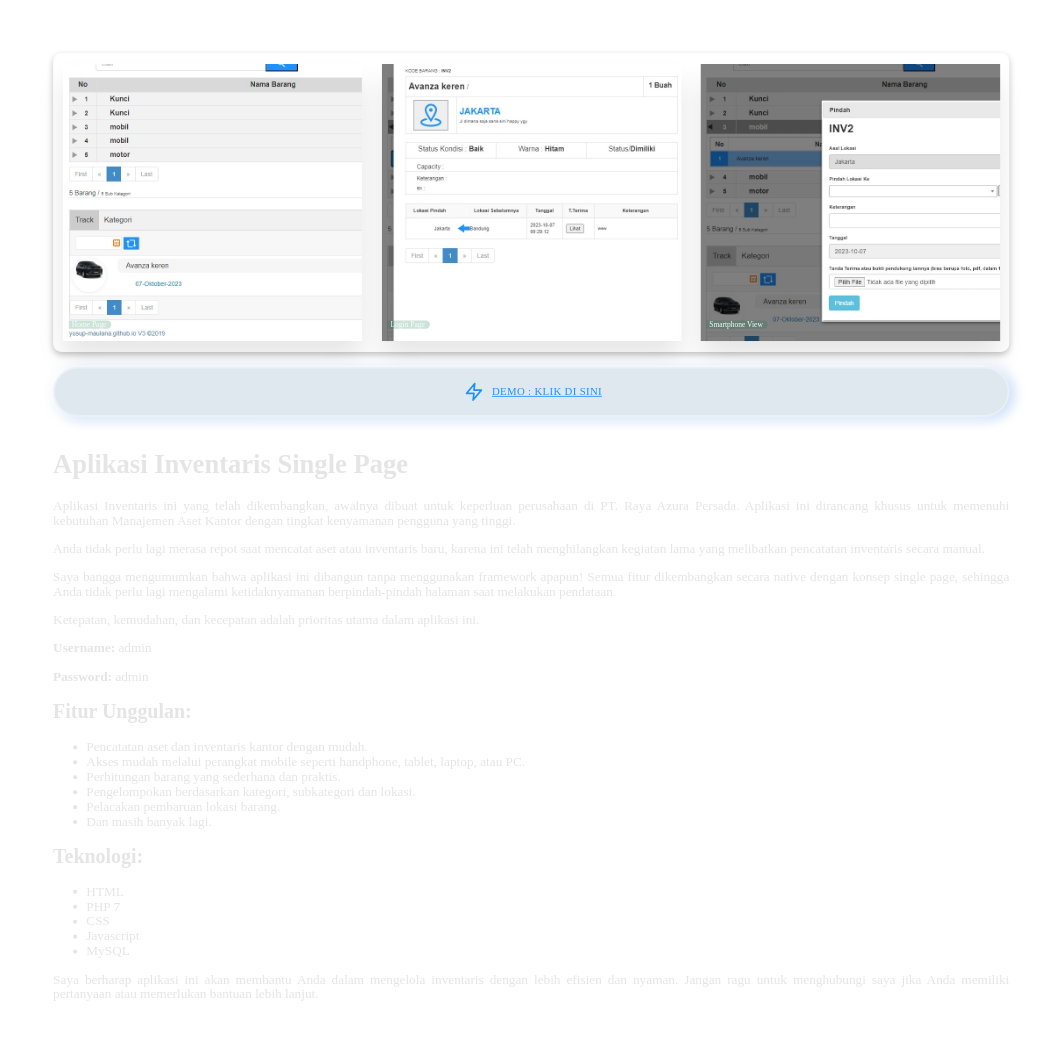
Repository: yusup-maulana/yusup-maulana.github.io
Page: portofolio-inventarisRAP.html
These files come from the project's save history. The page is drawn as it stood at one moment and after the next save; the edit follows.
The browser window is 1280 px wide. The pictures show the whole page, at 83% of full size.
Some web fonts or font styles are not loaded; a fallback is used.

Above is the page before, as saved 2023-10-07 01:27:12.

### portofolio-inventarisRAP.html
<style type="text/css">
  @import url("https://fonts.googleapis.com/css?family=Baloo+Chettan+2&display=swap");

  .body2::-webkit-scrollbar {
    width: 0.5em;
  }

  .body2::-webkit-scrollbar-track {
    box-shadow: inset 0 0 6px rgb(167 167 167 / 41%);
    background-color: #061e29;
  }

  .body2::-webkit-scrollbar-thumb {
    background-color: #00f1ffab;
  }

  .body2 {
    font-family: "Baloo Chettan 2";
    color: #e5e5e5;
    margin: 2%;
    text-align: justify;
    padding: 3%;
  }

  .body2 a {
    color: dodgerblue;
  }

  /* table wisata ...................*/
  .twisata {
  }

  .twisata tr {
    background: linear-gradient(90deg, #1193a1, transparent);
    color: white;
    font-weight: 900;
    border: 3px solid #ffffff;
  }

  .twisata tr td {
  }

  .twisata tr td span {
    background: #bdffda;
    font-weight: 900;
    padding: 1px 6px;
    border-radius: 5px;
    color: #08102b;
  }

  /* wisata-container ...................*/
  .container-wisata {
    box-shadow: rgb(0 0 0 / 24%) 0px 3px 8px;
    display: flex;
    width: 100%;
    padding: 1% 0%;
    box-sizing: border-box;
    height: 50vh;
    border-radius: 10px;
  }

  .boxwisata {
    flex: 1;
    overflow: hidden;
    transition: 0.5s;
    margin: 1px 1%;
    box-shadow: 0 20px 30px rgba(0, 0, 0, 0.1);
    line-height: 0;
  }

  .boxwisata > img {
    width: 200%;
    height: calc(100% - 10vh);
    object-fit: cover;
    transition: 0.5s;
    height: 100% !important;
  }

  .boxwisata > span {
    position: relative;
    left: 7px;
    font-size: xx-small;
    color: #f5fff7 !important;
    bottom: 20px;
    white-space: nowrap;
    background-color: rgb(1 118 74 / 20%);
    padding: 0 6px 0 4px;
    border-radius: 0 10px 10px 0;
  }

  .boxwisata:hover {
    flex: 1 1 50%;
  }

  .boxwisata:hover > img {
    width: 100%;
    height: 100%;
  }

  .btn-portofolio {
    display: flex;
    align-items: center;
    justify-content: center;
    gap: 10px;
    font-family: inherit;
    font-size: 13px;
    font-weight: 500;
    text-transform: uppercase;
    letter-spacing: 0.4px;
    color: #7e97b8;
    background-color: #e0e8ef;
    border-style: solid;
    border-width: 2px 2px 2px 2px;
    border-color: rgba(255, 255, 255, 0.333);
    border-radius: 40px 40px 40px 40px;
    padding: 16px 24px 16px 28px;
    transform: translate(0px, 0px) rotate(0deg);
    transition: 0.2s;
    box-shadow: -4px -2px 16px 0px #ffffff,
      4px 2px 16px 0px rgb(95 157 231 / 48%);
  }

  .btn-portofolio:hover {
    color: #516d91;
    background-color: #e5edf5;
    box-shadow: -2px -1px 8px 0px #ffffff, 2px 1px 8px 0px rgb(95 157 231 / 48%);
  }

  .btn-portofolio:active {
    box-shadow: none;
  }
</style>
<div class="container-wisata">
  <div class="boxwisata">
    <img alt="Curug Cipalasari" src="IMG/inventarisv3/1.webp" />
    <span>Home Page</span>
  </div>
  <div class="boxwisata">
    <img alt="Curug Cipalasari" src="IMG/inventarisv3/2.webp" />
    <span>Login Page</span>
  </div>
  <div class="boxwisata">
    <img alt="Curug Cipalasari" src="IMG/inventarisv3/3.webp" />
    <span>Smartphone View</span>
  </div>
</div>
<br />

<body class="body2">
  <a
    class="btn-portofolio"
    target="_blank"
    href="https://inventarisspa.000webhostapp.com/"
  >
    <svg
      viewBox="0 0 24 24"
      width="24"
      height="24"
      stroke="currentColor"
      stroke-width="2"
      fill="none"
      stroke-linecap="round"
      stroke-linejoin="round"
      class="css-i6dzq1"
    >
      <polygon points="13 2 3 14 12 14 11 22 21 10 12 10 13 2"></polygon>
    </svg>
    Demo : Klik di sini
  </a>
  <br />
  <h1>Aplikasi Inventaris Single Page</h1>

  <p>
    Aplikasi Inventaris ini yang telah dikembangkan, awalnya dibuat untuk
    keperluan perusahaan di PT. Raya Azura Persada. Aplikasi ini dirancang
    khusus untuk memenuhi kebutuhan Manajemen Aset Kantor dengan tingkat
    kenyamanan pengguna yang tinggi.
  </p>

  <p>
    Anda tidak perlu lagi merasa repot saat mencatat aset atau inventaris baru,
    karena ini telah menghilangkan kegiatan lama yang melibatkan pencatatan
    inventaris secara manual.
  </p>

  <p>
    Saya bangga mengumumkan bahwa aplikasi ini dibangun tanpa menggunakan
    framework apapun! Semua fitur dikembangkan secara native dengan konsep
    single page, sehingga Anda tidak perlu lagi mengalami ketidaknyamanan
    berpindah-pindah halaman saat melakukan pendataan.
  </p>

  <p>
    Ketepatan, kemudahan, dan kecepatan adalah prioritas utama dalam aplikasi
    ini.
  </p>

  <p><strong>Username:</strong> admin</p>
  <p><strong>Password:</strong> admin</p>

  <h2>Fitur Unggulan:</h2>
  <ul>
    <li>Pencatatan aset dan inventaris kantor dengan mudah.</li>
    <li>
      Akses mudah melalui perangkat mobile seperti handphone, tablet, laptop,
      atau PC.
    </li>
    <li>Perhitungan barang yang sederhana dan praktis.</li>
    <li>Pengelompokan berdasarkan kategori, subkategori dan lokasi.</li>
    <li>Pelacakan pembaruan lokasi barang.</li>
    <li>Dan masih banyak lagi.</li>
  </ul>

  <h2>Teknologi:</h2>
  <ul>
    <li>HTML</li>
    <li>PHP 7</li>
    <li>CSS</li>
    <li>Javascript</li>
    <li>MySQL</li>
  </ul>

  <p>
    Saya berharap aplikasi ini akan membantu Anda dalam mengelola inventaris
    dengan lebih efisien dan nyaman. Jangan ragu untuk menghubungi saya jika
    Anda memiliki pertanyaan atau memerlukan bantuan lebih lanjut.
  </p>
</body>

After the next save:
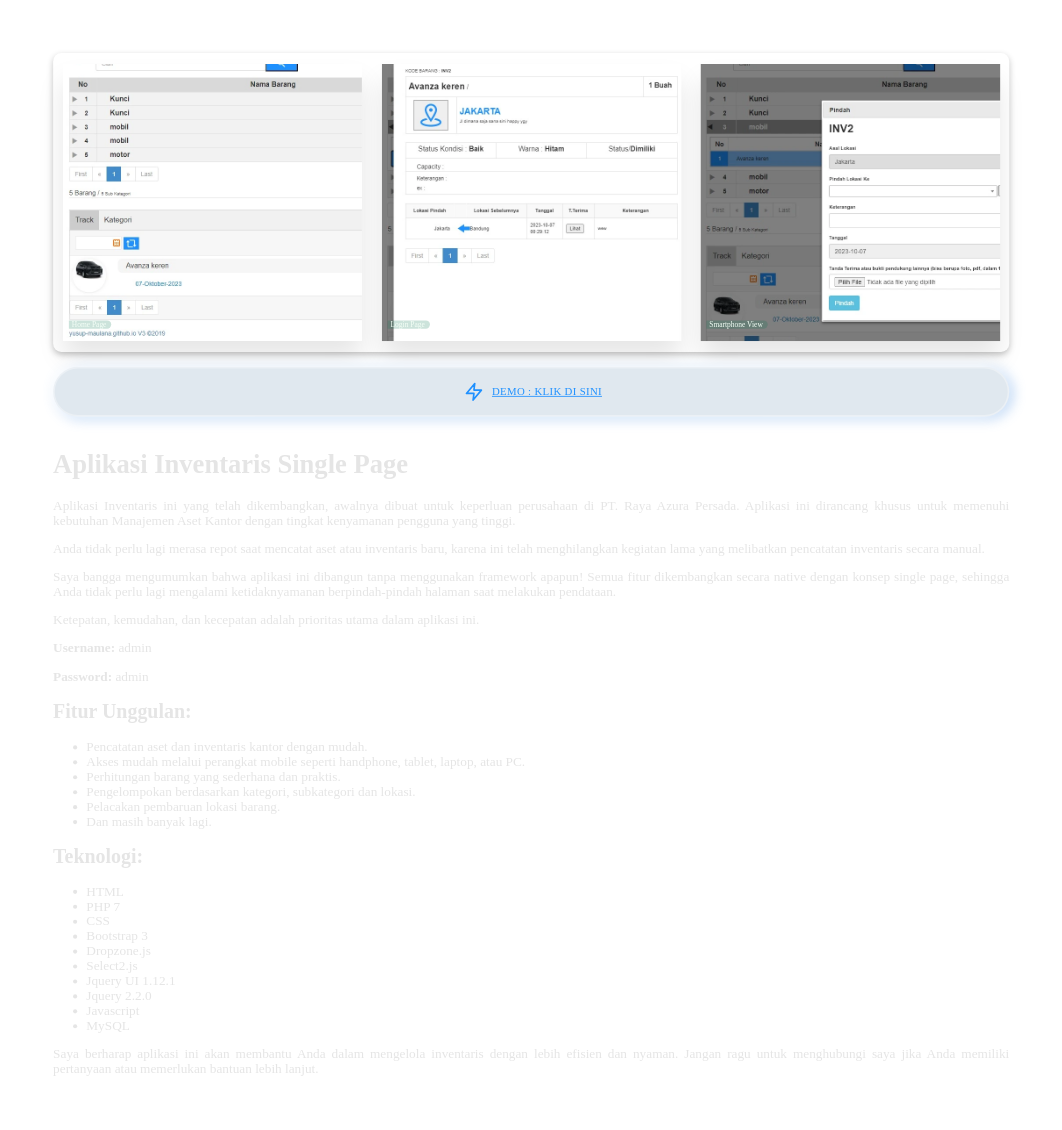
Saved 81 s later.
--- a/portofolio-inventarisRAP.html
+++ b/portofolio-inventarisRAP.html
@@ -216,6 +216,11 @@
     <li>HTML</li>
     <li>PHP 7</li>
     <li>CSS</li>
+    <li>Bootstrap 3</li>
+    <li>Dropzone.js</li>
+    <li>Select2.js</li>
+    <li>Jquery UI 1.12.1</li>
+    <li>Jquery 2.2.0</li>
     <li>Javascript</li>
     <li>MySQL</li>
   </ul>
